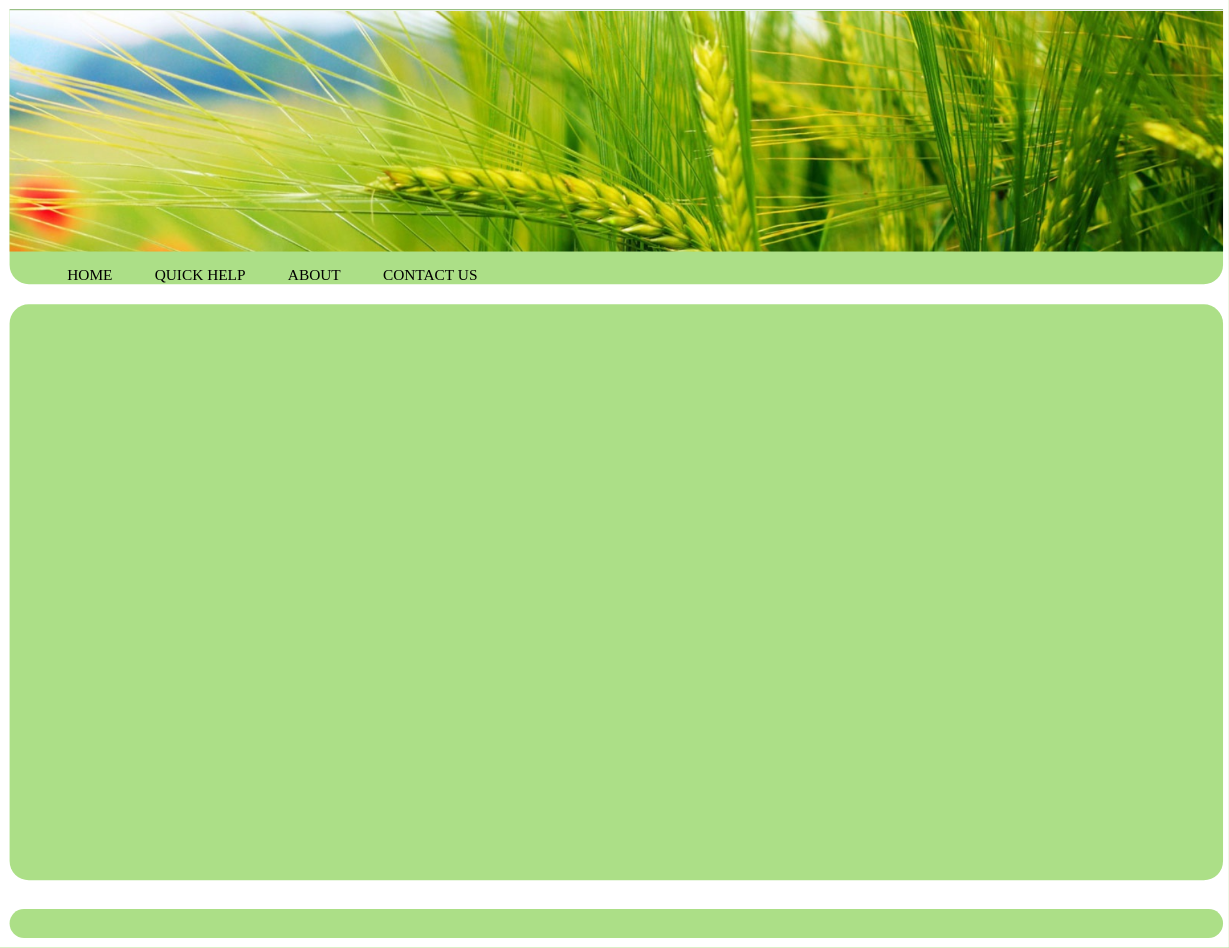
Repository: shivamtyagi1234/FarmoFriend
Page: http://localhost/FarmoFriend/QuickHelp.jsp
The author's editor kept a copy of each file at every save. The page is drawn from the files as they stood at one save, then again after the next save.
The browser window is 1280 px wide. The pictures show the whole page, at 96% of full size.
The page is served by Tomcat 9. Other server files are loaded and not shown.

Above is the page before, as saved 2019-11-03 07:57:55.

### FarmoFriend/WebContent/QuickHelp.jsp
<%@ page language="java" contentType="text/html; charset=ISO-8859-1"
    pageEncoding="ISO-8859-1"%>
<!DOCTYPE html PUBLIC "-//W3C//DTD HTML 4.01 Transitional//EN" "http://www.w3.org/TR/html4/loose.dtd">
<html>
<head>
<meta http-equiv="Content-Type" content="text/html; charset=ISO-8859-1">
<title>home</title>

<style type="text/css">
#main
{
width: 100%;
height: 100%;
border: 2px solid white;
}
#homeHead
{
background-color: #ACDF87;
border-radius:0px 0px 20px 20px;
}
#blank1
{
width: 100%;
height: 5px;
}
#homeBody
{
background-color: #ACDF87;
border-top:2px solid;
width: 100%;
height: 600px;
border: 2px;
border-color:limegreen;
border-radius:20px 20px 20px 20px;
}
#homeImage
{
height: 100%;
width: 50%;
}
#homeContent
{
height: 100%;
width: 50%;
}
#homeBody img
{
height:450px;
width:300px;
padding-left: 38%;
padding-top: 3%;
}
#QuickHelp
{
border:2px;
border-color: #ACDF87;
padding-top:1%;
padding-left: 45%;
padding-bottom:1%;
background-color: #ACDF87;
border-radius:0px 0px 20px 20px;
}
#blank2
{
width: 100%;
height:30px;
}
</style>
</head>
<body >
<div id="main">
<div id="homeHead">
<jsp:include page="header.jsp"></jsp:include>
</div>
<div id="blank1"></div>

<div id="homeBody">


<form action="QuickHelpProcess.jsp"></form>


</div>
<div id="blank2"></div>
<div id="homeFoot">
<jsp:include page="footer.jsp"></jsp:include>
</div>
</div>
</body>
</html>

### FarmoFriend/WebContent/header.jsp
<%@ page language="java" contentType="text/html; charset=ISO-8859-1"
    pageEncoding="ISO-8859-1"%>
<!DOCTYPE html PUBLIC "-//W3C//DTD HTML 4.01 Transitional//EN" "http://www.w3.org/TR/html4/loose.dtd">
<head>
<meta http-equiv="Content-Type" content="text/html; charset=ISO-8859-1">
<title>result</title>
<style>
#header
{
height: 25%;
width: 100%;
}
#header ul
{
list-style-type: none;
}
#header ul li
{
display: inline;
margin-bottom: 10px;
padding: 20px;
}
#header ul li a
{
text-decoration: none;
color: black;
}
</style>
</head>
<body>
<div id="header">
	<img src="images\head.png" width="100%">
	<ul>
	<li><a href="home.jsp">HOME</a></li>
	<li><a href="QuickHelp.jsp">QUICK HELP</a></li>
	<li><a href="About.jsp">ABOUT</a></li>
	<li><a href="Contact.jsp">CONTACT US</a></li>
</ul>
</div>
</body>
</html>

### FarmoFriend/WebContent/footer.jsp
<%@ page language="java" contentType="text/html; charset=ISO-8859-1"
    pageEncoding="ISO-8859-1"%>
<!DOCTYPE html PUBLIC "-//W3C//DTD HTML 4.01 Transitional//EN" "http://www.w3.org/TR/html4/loose.dtd">
<html>
<head>
<meta http-equiv="Content-Type" content="text/html; charset=ISO-8859-1">

<title>FOOTER</title>
<style type="text/css">
#footer
{
width: 100%;
height: 30px;
background-color: #ACDF87;
border-radius:20px 20px 20px 20px;
}
</style>
</head>
<body>
<div id="footer">

</div>
</body>
</html>

After the next save:
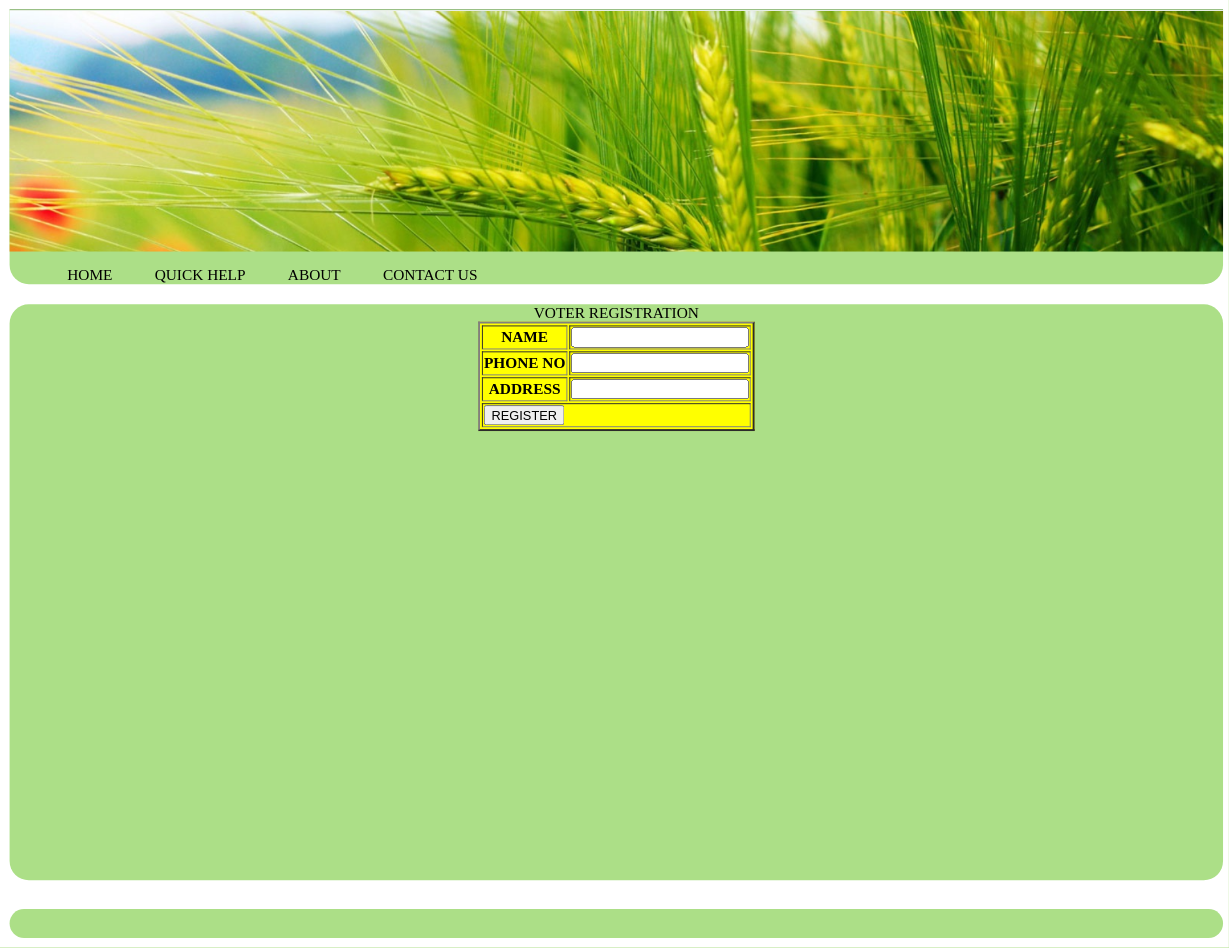
Saved 90 s later.
--- a/FarmoFriend/WebContent/QuickHelp.jsp
+++ b/FarmoFriend/WebContent/QuickHelp.jsp
@@ -77,7 +77,19 @@ height:30px;
 <div id="homeBody">
 
 
-<form action="QuickHelpProcess.jsp"></form>
+<form action="QuickHelpProcess.jsp">
+
+<table align="center" border="2" bgcolor="yellow">
+<caption>VOTER REGISTRATION</caption>
+<tr><th>NAME</th><td><input type="text" name="voterName" required></td></tr>
+<tr><th>PHONE NO</th><td><input type="phone" name="phone" maxlength="10" required></td></tr>
+<tr><th>ADDRESS</th><td><input type="text" name="address" required></td></tr>
+<tr><td colspan="2"><input type="submit" value="REGISTER" align="center"></td></tr>
+</table>
+
+
+
+</form>
 
 
 </div>
